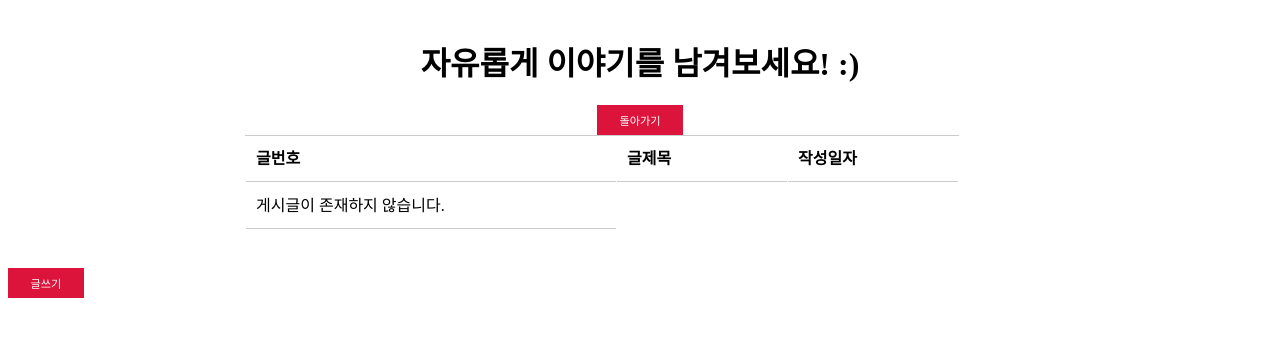
Repository: minkyung0421/NMT_Project
Page: http://localhost/MyPage_Project/list.jsp
These files come from the project's save history. The page is drawn as it stood at one moment and after the next save; the edit follows.
The browser window is 1280 px wide. The pictures show the whole page.
The page is served by Tomcat 9. Queries for data that is not in the repository find no rows.

Above is the page before, as saved 2018-08-30 23:15:36.

After the next save:
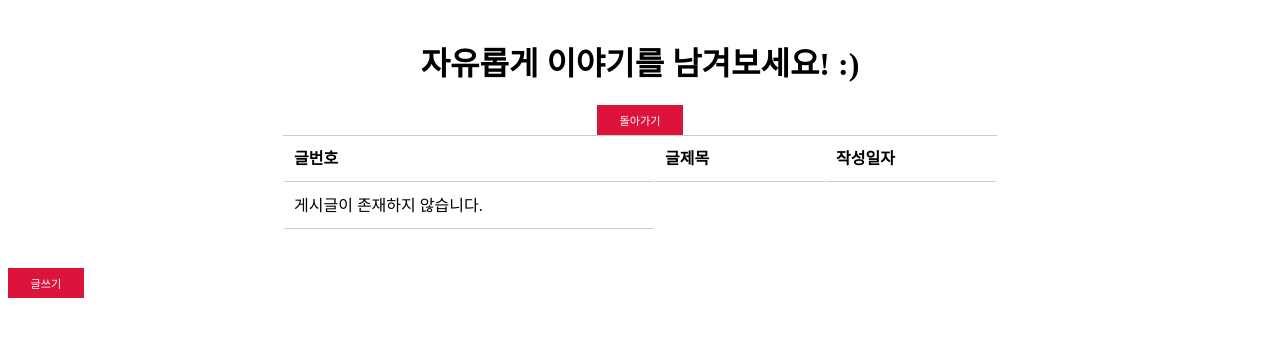
Saved 18 s later.
--- a/NMT_Project/MyPage_Project/WebContent/list.jsp
+++ b/NMT_Project/MyPage_Project/WebContent/list.jsp
@@ -14,7 +14,6 @@
     text-align: left;
     line-height: 1.5;
     border-top: 1px solid #ccc;
-  	margin-right: 6%;
 
 }
 table.type04 th {
